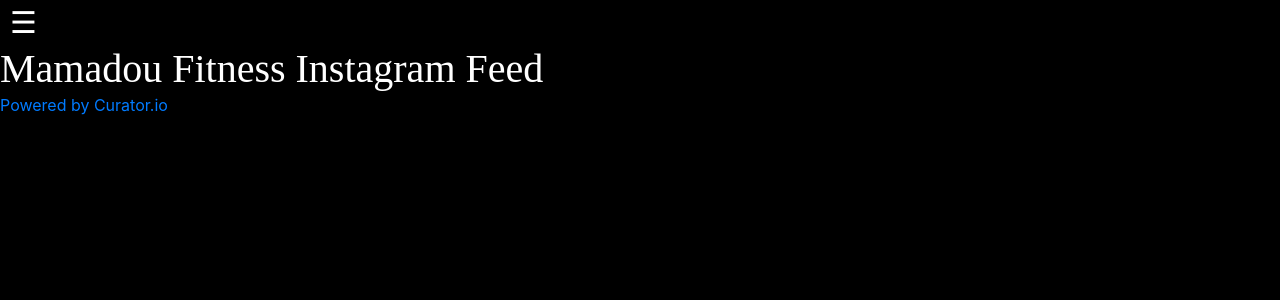
Repository: mamadont/MamadouFitnessWebsite
Page: pages-html/social-media.html
The author's editor kept a copy of each file at every save. The page is drawn from the files as they stood at one save, then again after the next save.
The browser window is 1280 px wide. The pictures show the whole page.
Some web libraries are served in a nearby version.

Above is the page before, as saved 2020-07-12 02:11:29.

### pages-html/social-media.html
<!DOCTYPE html>
<html>

<head>
    <title>Mamadou Fitness</title>
    <link rel="stylesheet" href='../pages-css/social-media.css'>
    <meta name="viewport" content="width=device-width, initial-scale=1.0">

    <!-- Bootstrap -->
    <link rel="stylesheet" href="https://stackpath.bootstrapcdn.com/bootstrap/4.5.0/css/bootstrap.min.css" integrity="sha384-9aIt2nRpC12Uk9gS9baDl411NQApFmC26EwAOH8WgZl5MYYxFfc+NcPb1dKGj7Sk" crossorigin="anonymous">
    <!-- Animate.CSS-->
    <link rel="stylesheet" href="https://cdnjs.cloudflare.com/ajax/libs/animate.css/4.0.0/animate.min.css" />
    <!-- Font Awesome -->
    <script src="https://kit.fontawesome.com/0a51dc7bb6.js" crossorigin="anonymous"></script>
</head>

<body>
    <!-- Parent container-->
    <div id="main" class="bg animate__animated animate__slideInLeft">
        <!-- Hamburger Icon-->
        <span class="menu-icon" onclick="openNav()">&#9776; </span>

        <h1 id="header"> Mamadou Fitness Instagram Feed </h1>

        <!-- Embedding Instagram feed-->
        <div id="curator-feed-default-feed-layout"><a href="https://curator.io" target="_blank" class="crt-logo crt-tag">Powered by Curator.io</a></div>

    </div>

    <!-- Side menu-->
    <div id="myNav" class="overlay">
        <a href="javascript:void(0)" class="closebtn" onclick="closeNav()">&times;</a>
        <div class="overlay-content">
            <!-- Menu Options -->
            <a href="../index.html">Home</a>
            <a href="./about-me.html">About me</a>
            <a href="./social-media.html">Social Media</a>
            <a href="#">Workout Programs</a>
            <a href="#">Shop</a>
            <a href="./contact-me.html">Apply for Coaching</a>
        </div>
    </div>

    <!-- Javascript for this page-->
    <script src="../scripts/script.js"></script>

    <script src="../scripts/ig-feed.js">
    </script>



    <!-- Necessary script tags for Bootstrap-->
    <script src="https://code.jquery.com/jquery-3.5.1.slim.min.js" integrity="sha384-DfXdz2htPH0lsSSs5nCTpuj/zy4C+OGpamoFVy38MVBnE+IbbVYUew+OrCXaRkfj" crossorigin="anonymous"></script>
    <script src="https://cdn.jsdelivr.net/npm/popper.js@1.16.0/dist/umd/popper.min.js" integrity="sha384-Q6E9RHvbIyZFJoft+2mJbHaEWldlvI9IOYy5n3zV9zzTtmI3UksdQRVvoxMfooAo" crossorigin="anonymous"></script>
    <script src="https://stackpath.bootstrapcdn.com/bootstrap/4.5.0/js/bootstrap.min.js" integrity="sha384-OgVRvuATP1z7JjHLkuOU7Xw704+h835Lr+6QL9UvYjZE3Ipu6Tp75j7Bh/kR0JKI" crossorigin="anonymous"></script>
</body>

</html>

### pages-css/social-media.css
/* Background Image */

body,
html {
    height: 100%;
}

.bg {
    /* The image used */
    background-color: black;
    /* Full height */
    height: 100%;
    /* Center and scale the image nicely */
    background-position: center;
    background-repeat: no-repeat;
    background-size: cover;
    z-index: -1;
}


/* Hamburger (Menu) icon */

.menu-icon {
    font-size: 30px;
    cursor: pointer;
    padding-left: 10px;
    color: white;
    height: 300px;
    width: 300px;
}


/* Menu overlay */

.overlay {
    height: 100%;
    width: 0;
    position: fixed;
    z-index: 1;
    top: 0;
    left: 0;
    background-color: black;
    overflow-x: hidden;
    transition: 0.5s;
}

.overlay-content {
    position: relative;
    top: 25%;
    width: 100%;
    text-align: center;
    margin-top: 30px;
}

.overlay a {
    padding: 8px;
    text-decoration: none;
    font-size: 36px;
    color: #818181;
    display: block;
    transition: 0.3s;
}

.overlay a:hover,
.overlay a:focus {
    color: red;
    text-decoration: none;
}

.overlay .closebtn {
    position: absolute;
    top: 20px;
    right: 45px;
    font-size: 60px;
}

@media screen and (max-height: 450px) {
    .overlay a {
        font-size: 20px
    }
    .overlay .closebtn {
        font-size: 40px;
        top: 15px;
        right: 35px;
    }
}


/* Header */

#header {
    margin: auto;
    color: white;
    font-family: 'Montserrat';
}


/* Instagram feed */

#curator-feed-default-feed-layout {
    background-color: black;
}

### scripts/script.js
function openNav() {
    // Changes width based on the width of the viewport (30% for larger screens, 100% for smaller screens)
    if (window.innerWidth < 1280) {
        document.getElementById("myNav").style.width = "100%";
    } else {
        document.getElementById("myNav").style.width = "30%";
    }

    document.getElementById("main").style.opacity = 0.5;



}

function closeNav() {
    document.getElementById("myNav").style.width = "0%";
    document.getElementById("main").style.opacity = 1.0
}

### scripts/ig-feed.js
    var i, e, d = document,
        s = "script";
    i = d.createElement("script");
    i.async = 1;
    i.src = "https://cdn.curator.io/published/f514e377-8815-4cbf-938a-c00340887c10.js";
    e = d.getElementsByTagName(s)[0];
    e.parentNode.insertBefore(i, e);

After the next save:
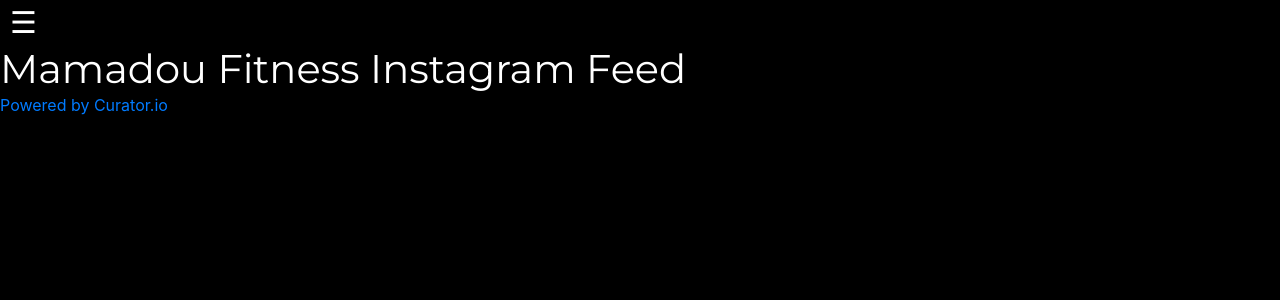
Saved 14 s later.
--- a/pages-html/social-media.html
+++ b/pages-html/social-media.html
@@ -5,7 +5,8 @@
     <title>Mamadou Fitness</title>
     <link rel="stylesheet" href='../pages-css/social-media.css'>
     <meta name="viewport" content="width=device-width, initial-scale=1.0">
-
+    <!-- Montserrat font -->
+    <link href='https://fonts.googleapis.com/css?family=Montserrat' rel='stylesheet'>
     <!-- Bootstrap -->
     <link rel="stylesheet" href="https://stackpath.bootstrapcdn.com/bootstrap/4.5.0/css/bootstrap.min.css" integrity="sha384-9aIt2nRpC12Uk9gS9baDl411NQApFmC26EwAOH8WgZl5MYYxFfc+NcPb1dKGj7Sk" crossorigin="anonymous">
     <!-- Animate.CSS-->
